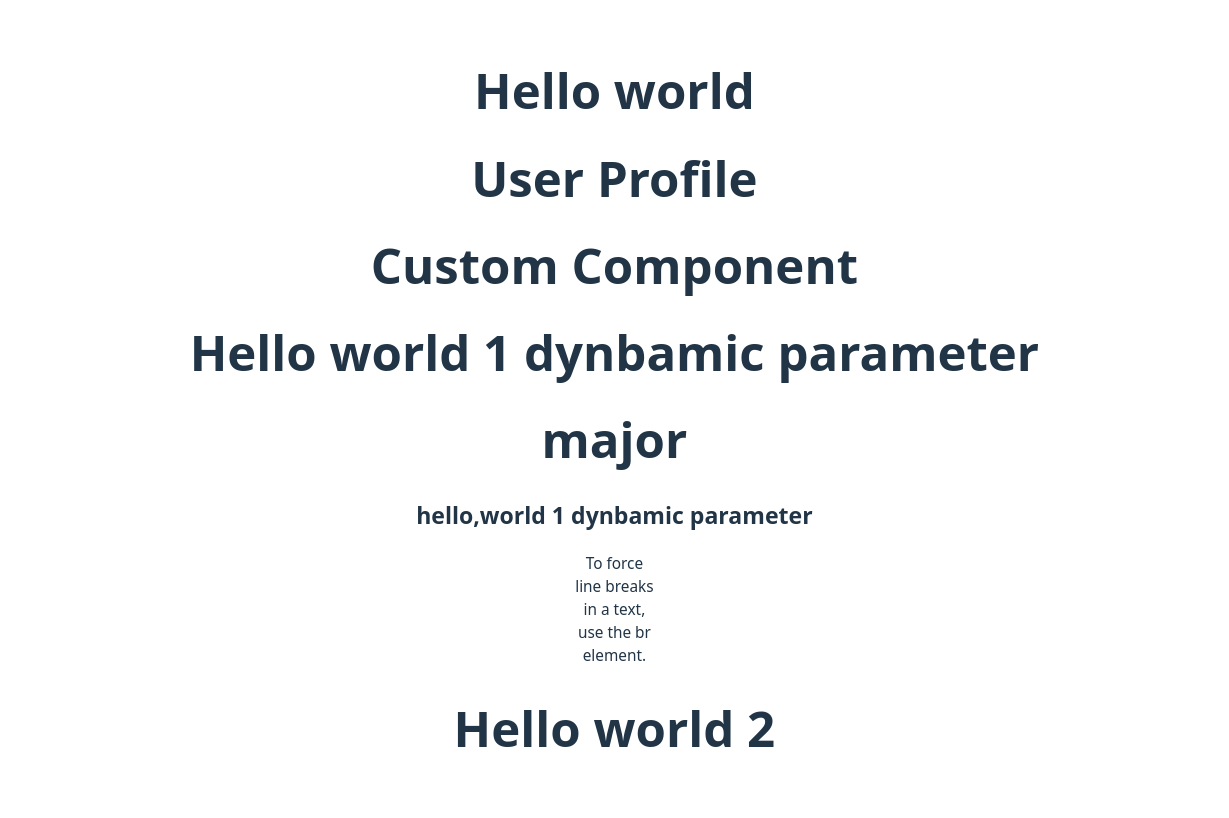
Repository: Janum4444/React-learning
Page: /
An editor plug-in stored every save of this project. The page is shown before and after the next save, followed by the edit.
The browser window is 1280 px wide. The pictures show the whole page, at 96% of full size.
The project was rebuilt for these pictures with package versions that can differ from the ones it lists, and the page was loaded fresh each time. Also part of the build but not shown: vite.config.js.

Above is the page before, as saved 2026-02-22 12:18:30.

After the next save:
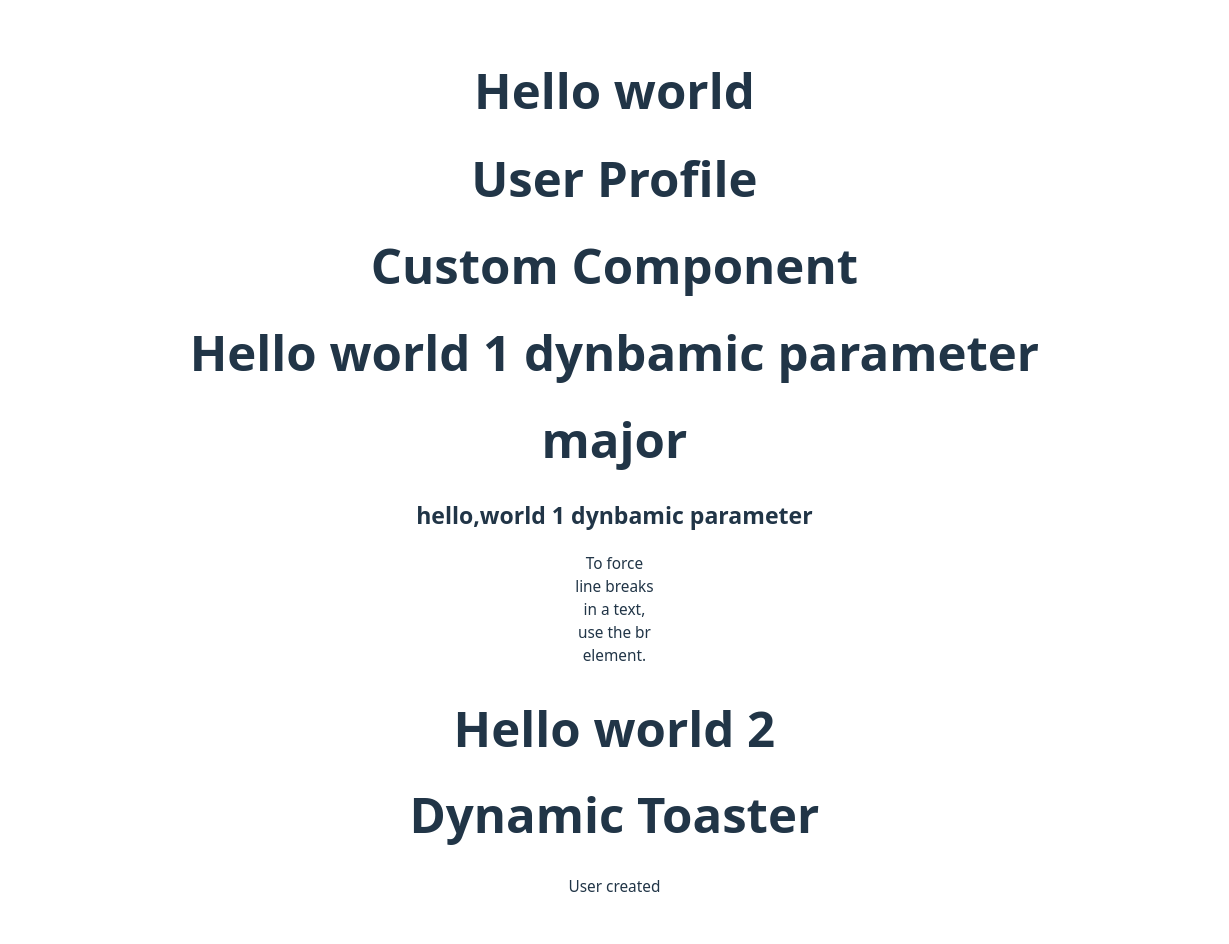
Saved 23 s later.
--- a/src/App.jsx
+++ b/src/App.jsx
@@ -1,5 +1,6 @@
 
 import './App.css'
+import { DynamicToaster } from './DynamicToaster.jsx'
 import { Hello } from './Hello.jsx'
 import {UserProfile, CustomComponent} from './UserProfile.jsx'
 
@@ -12,6 +13,7 @@ function App() {
         <UserProfile />
         <CustomComponent />
         <Hello />
+        <DynamicToaster />
       </div>
     </>
   )
